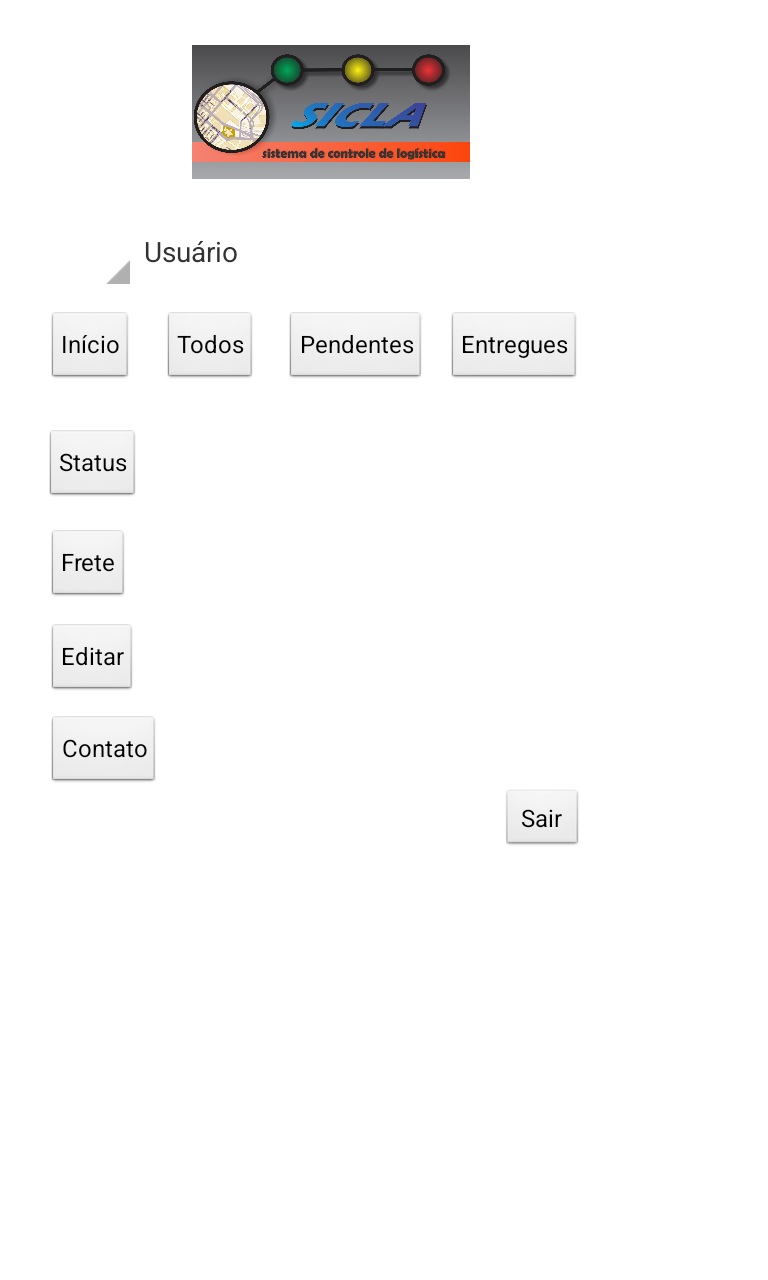
Repository: danielpedroza/SICLA
Layout: Sicla/res/layout/contatocliente.xml
These files come from the project's save history. The layout is drawn as it stood at one moment and after the next save; the edit follows.
It is drawn on a 768 x 1280 px phone screen (xhdpi) without system bars, with theme AppTheme; the app's code is not run.

Above is the layout before, as saved 2013-07-06 07:10:51.

### Sicla/res/layout/contatocliente.xml
<RelativeLayout xmlns:android="http://schemas.android.com/apk/res/android"
    xmlns:tools="http://schemas.android.com/tools"
    android:layout_width="match_parent"
    android:layout_height="match_parent"
    android:paddingBottom="@dimen/activity_vertical_margin"
    android:paddingLeft="@dimen/activity_horizontal_margin"
    android:paddingRight="@dimen/activity_horizontal_margin"
    android:paddingTop="@dimen/activity_vertical_margin"
    tools:context=".ContatoCliente" >

    <AbsoluteLayout
        android:layout_width="match_parent"
        android:layout_height="match_parent" >

        <ImageView
            android:id="@+id/imageView1"
            android:layout_width="139dp"
            android:layout_height="120dp"
            android:layout_x="80dp"
            android:layout_y="-20dp"
            android:src="@drawable/sicla" />

        <QuickContactBadge
            android:id="@+id/quickContactBadge1"
            android:layout_width="39dp"
            android:layout_height="39dp"
            android:layout_x="10dp"
            android:layout_y="87dp" />

        <TextView
            android:id="@+id/textView1"
            android:layout_width="wrap_content"
            android:layout_height="wrap_content"
            android:layout_x="56dp"
            android:layout_y="100dp"
            android:text="Usuário"
            android:textSize="14dp" />

        <Button
            android:id="@+id/button1"
            style="?android:attr/buttonStyleSmall"
            android:layout_width="wrap_content"
            android:layout_height="wrap_content"
            android:layout_x="8dp"
            android:layout_y="140dp"
            android:text="Início"
            android:textSize="12dp" />

        <Button
            android:id="@+id/Button01"
            style="?android:attr/buttonStyleSmall"
            android:layout_width="wrap_content"
            android:layout_height="wrap_content"
            android:layout_x="66dp"
            android:layout_y="140dp"
            android:text="Todos"
            android:textSize="12dp" />

        <Button
            android:id="@+id/Button03"
            style="?android:attr/buttonStyleSmall"
            android:layout_width="wrap_content"
            android:layout_height="wrap_content"
            android:layout_x="208dp"
            android:layout_y="140dp"
            android:text="Entregues"
            android:textSize="12dp" />

        <Button
            android:id="@+id/Button02"
            style="?android:attr/buttonStyleSmall"
            android:layout_width="wrap_content"
            android:layout_height="wrap_content"
            android:layout_x="127dp"
            android:layout_y="140dp"
            android:text="Pendentes"
            android:textSize="12dp" />

        <Button
            android:id="@+id/Button04"
            style="?android:attr/buttonStyleSmall"
            android:layout_width="wrap_content"
            android:layout_height="wrap_content"
            android:layout_x="7dp"
            android:layout_y="199dp"
            android:text="Status"
            android:textSize="12dp" />

        <Button
            android:id="@+id/Button05"
            style="?android:attr/buttonStyleSmall"
            android:layout_width="wrap_content"
            android:layout_height="wrap_content"
            android:layout_x="8dp"
            android:layout_y="249dp"
            android:text="Frete"
            android:textSize="12dp"
            android:onClick="fretecliente" />

        <Button
            android:id="@+id/Button06"
            style="?android:attr/buttonStyleSmall"
            android:layout_width="wrap_content"
            android:layout_height="wrap_content"
            android:layout_x="8dp"
            android:layout_y="296dp"
            android:text="Editar"
            android:textSize="12dp" />

        <Button
            android:id="@+id/Button07"
            style="?android:attr/buttonStyleSmall"
            android:layout_width="wrap_content"
            android:layout_height="wrap_content"
            android:layout_x="8dp"
            android:layout_y="342dp"
            android:text="Contato"
            android:textSize="12dp" />

        <Button
            android:id="@+id/button2"
            android:layout_width="wrap_content"
            android:layout_height="33dp"
            android:layout_x="234dp"
            android:layout_y="378dp"
            android:text="Sair"
            android:textSize="12dp" />


    </AbsoluteLayout>

</RelativeLayout>

Loaded but not shown: Sicla/res/values/styles.xml (common file); Sicla/res/values/dimens.xml (common file)

After the next save:
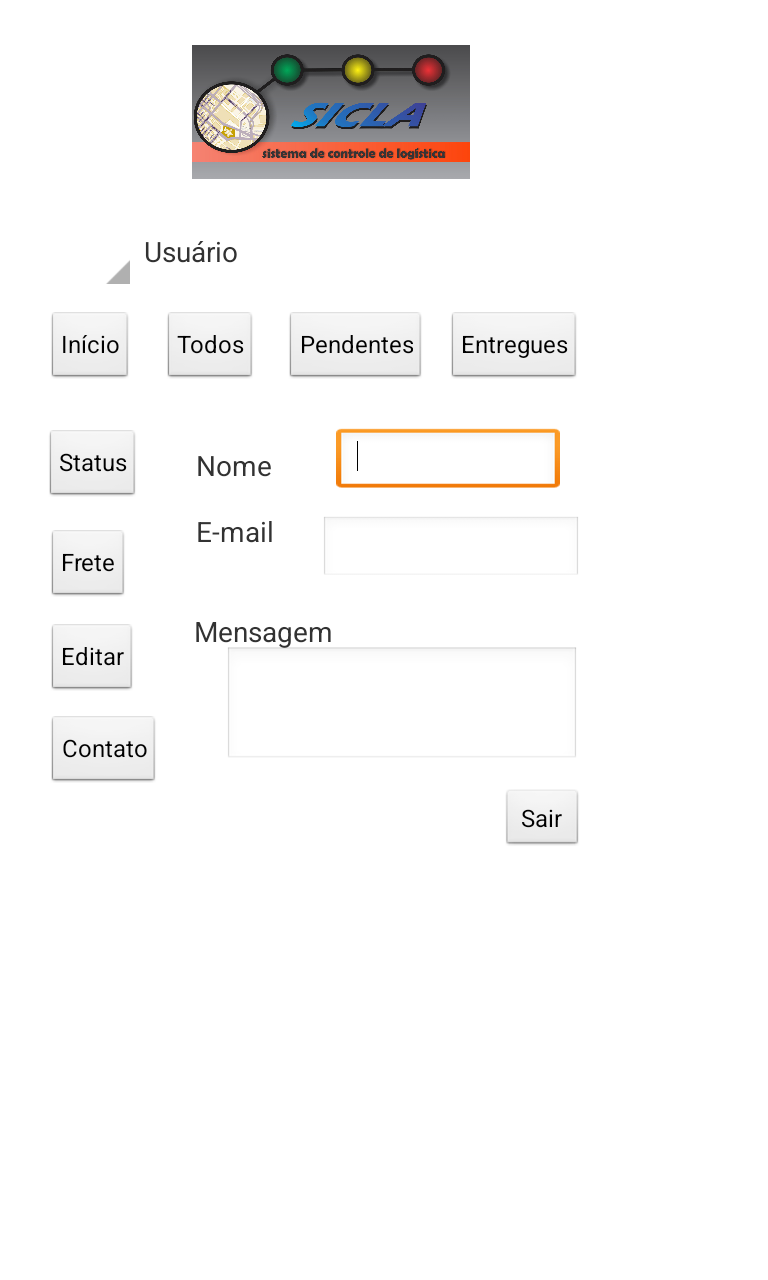
Saved 4 min 35 s later.
--- a/Sicla/res/layout/contatocliente.xml
+++ b/Sicla/res/layout/contatocliente.xml
@@ -126,6 +126,58 @@
             android:text="Sair"
             android:textSize="12dp" />
 
+        <TextView
+            android:id="@+id/textView2"
+            android:layout_width="wrap_content"
+            android:layout_height="wrap_content"
+            android:layout_x="82dp"
+            android:layout_y="207dp"
+            android:text="Nome" />
+
+        <TextView
+            android:id="@+id/TextView01"
+            android:layout_width="wrap_content"
+            android:layout_height="wrap_content"
+            android:layout_x="82dp"
+            android:layout_y="240dp"
+            android:text="E-mail" />
+
+        <TextView
+            android:id="@+id/TextView02"
+            android:layout_width="wrap_content"
+            android:layout_height="wrap_content"
+            android:layout_x="81dp"
+            android:layout_y="290dp"
+            android:text="Mensagem" />
+
+        <EditText
+            android:id="@+id/editText1"
+            android:layout_width="131dp"
+            android:layout_height="33dp"
+            android:layout_x="144dp"
+            android:layout_y="242dp"
+            android:ems="10"
+            android:inputType="textEmailAddress" />
+
+        <EditText
+            android:id="@+id/editText2"
+            android:layout_width="112dp"
+            android:layout_height="33dp"
+            android:layout_x="152dp"
+            android:layout_y="198dp"
+            android:ems="10" >
+
+            <requestFocus />
+        </EditText>
+
+        <EditText
+            android:id="@+id/editText3"
+            android:layout_width="178dp"
+            android:layout_height="61dp"
+            android:layout_x="96dp"
+            android:layout_y="307dp"
+            android:ems="10"
+            android:inputType="textMultiLine" />
 
     </AbsoluteLayout>
 
